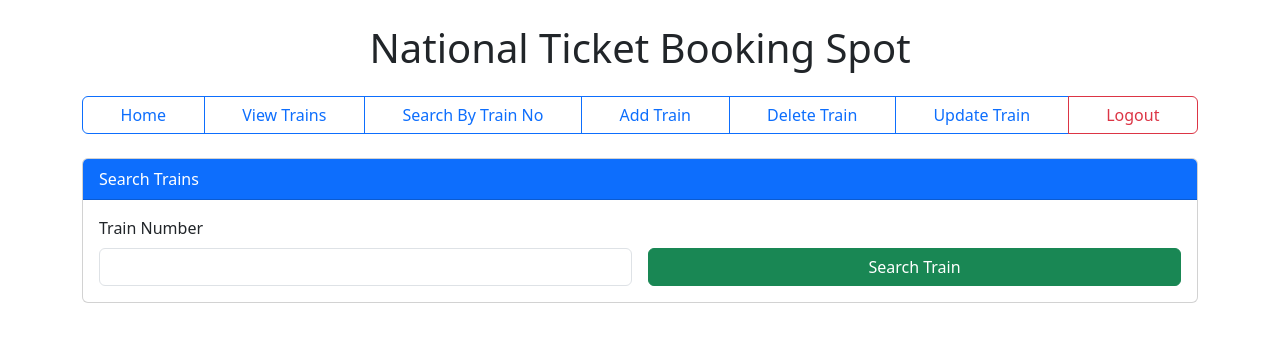
Repository: PrathamSahani/TMS-Sprint2
Page: http://localhost/TMS/AdminSearchTrain.jsp
These files come from the project's save history. The page is drawn as it stood at one moment and after the next save; the edit follows.
The browser window is 1280 px wide. The pictures show the whole page.
The page is served by Tomcat 10. Other server files are loaded and not shown. The template is opened directly, without the code that normally fills it, so the values that code supplies are empty.

Above is the page before, as saved 2025-04-23 16:40:06.

### Update/TMS/src/main/webapp/AdminSearchTrain.jsp
<%@ page language="java" contentType="text/html; charset=UTF-8"
    pageEncoding="UTF-8"%>
<%@ page import="com.tms.beans.TrainBean" %>
<%
    TrainBean train = (TrainBean) request.getAttribute("train");
    String trainNo = (String) request.getAttribute("trainNo");
%>
<!DOCTYPE html>
<html>
<head>
    <meta charset="UTF-8">
    <title>Search Train - Admin</title>
    <link href="https://cdn.jsdelivr.net/npm/bootstrap@5.3.2/dist/css/bootstrap.min.css" rel="stylesheet">
</head>
<body>
    <div class="container mt-4">
        <h1 class="text-center mb-4">National Ticket Booking Spot</h1>

        <nav class="mb-4">
            <div class="btn-group w-100" role="group">
                <a href="AdminHome.jsp" class="btn btn-outline-primary">Home</a>
                <a href="adminviewtrainfwd" class="btn btn-outline-primary">View Trains</a>
                <a href="adminsearchtrainfwd" class="btn btn-outline-primary">Search By Train No</a>
                <a href="addtrainfwd" class="btn btn-outline-primary">Add Train</a>
                <a href="cancletrainfwd" class="btn btn-outline-primary">Delete Train</a>
                <a href="updatetrain" class="btn btn-outline-primary">Update Train</a>
                <a href="adminlogout" class="btn btn-outline-danger">Logout</a>
            </div>
        </nav>

        <div class="card">
            <div class="card-header bg-primary text-white">
                Search Trains
            </div>
            <div class="card-body">
                <form action="adminsearchtrain" method="post" class="row g-3">
                    <div class="col-md-6">
                        <label for="trainnumber" class="form-label">Train Number</label>
                        <input type="text" name="trainnumber" id="trainnumber" class="form-control" required>
                    </div>
                    <div class="col-md-6 d-flex align-items-end">
                        <button type="submit" class="btn btn-success w-100">Search Train</button>
                    </div>
                </form>
            </div>
        </div>

        <% if (train != null) { %>
            <div class="card mt-4">
                <div class="card-header bg-success text-white">
                    Searched Train Details
                </div>
                <div class="card-body">
                    <table class="table table-bordered">
                        <tr><th>Train Name</th><td><%= train.getTr_name() %></td></tr>
                        <tr><th>Train Number</th><td><%= train.getTr_no() %></td></tr>
                        <tr><th>From Station</th><td><%= train.getFrom_stn() %></td></tr>
                        <tr><th>To Station</th><td><%= train.getTo_stn() %></td></tr>
                        <tr><th>Available Seats</th><td><%= train.getSeats() %></td></tr>
                        <tr><th>Fare (INR)</th><td><%= train.getFare() %> RS</td></tr>
                    </table>
                </div>
            </div>
        <% } else if (trainNo != null) { %>
            <div class="alert alert-warning mt-4" role="alert">
                Train No. <strong><%= trainNo %></strong> is not available!
            </div>
        <% } %>
    </div>
</body>
</html>

After the next save:
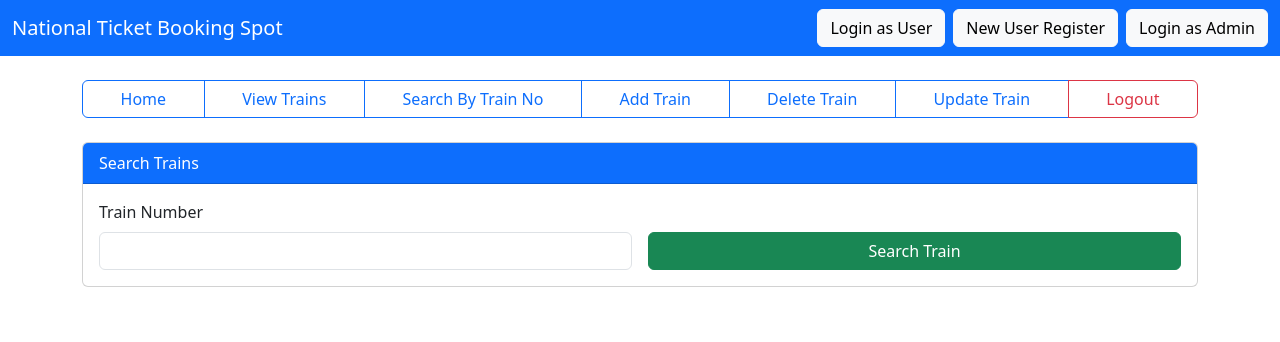
Saved 2 min 0 s later.
--- a/Update/TMS/src/main/webapp/AdminSearchTrain.jsp
+++ b/Update/TMS/src/main/webapp/AdminSearchTrain.jsp
@@ -13,9 +13,20 @@
     <link href="https://cdn.jsdelivr.net/npm/bootstrap@5.3.2/dist/css/bootstrap.min.css" rel="stylesheet">
 </head>
 <body>
+
+    <!-- Navigation Bar -->
+    <nav class="navbar navbar-expand-lg navbar-dark bg-primary">
+        <div class="container-fluid">
+            <a class="navbar-brand" href="#">National Ticket Booking Spot</a>
+            <div class="d-flex">
+                <a class="btn btn-light me-2" href="UserLogin.jsp">Login as User</a>
+                <a class="btn btn-light me-2" href="UserRegister.jsp">New User Register</a>
+                <a class="btn btn-light" href="AdminLogin.jsp">Login as Admin</a>
+            </div>
+        </div>
+    </nav>
+
     <div class="container mt-4">
-        <h1 class="text-center mb-4">National Ticket Booking Spot</h1>
-
         <nav class="mb-4">
             <div class="btn-group w-100" role="group">
                 <a href="AdminHome.jsp" class="btn btn-outline-primary">Home</a>
